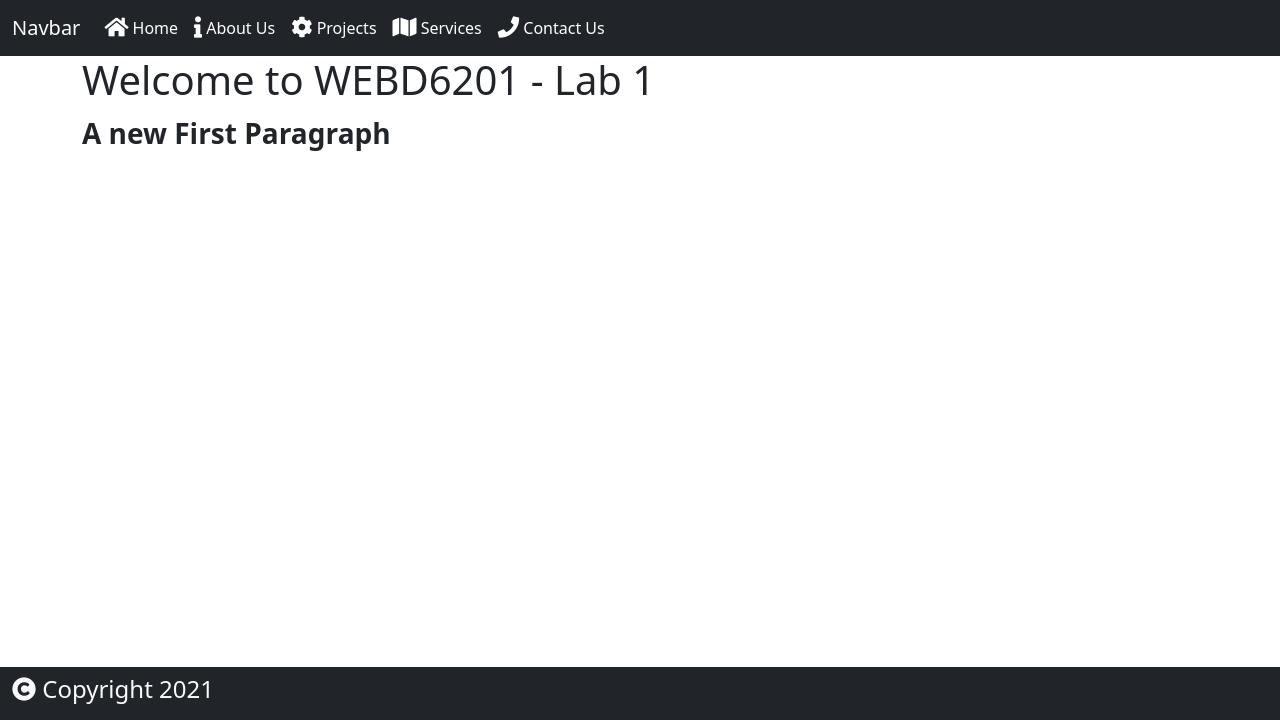
Repository: CKM206/WEBD6201-W2021---ICE1
Page: index.html
The author's editor kept a copy of each file at every save. The page is drawn from the files as they stood at one save, then again after the next save.
The browser window is 1280 px wide. The pictures show the whole page.

Above is the page before, as saved 2021-01-21 08:40:38.

### index.html
<!DOCTYPE html>
<html lang="en">
<head>
    <meta charset="UTF-8">
    <meta name="viewport" content="width=device-width, initial-scale=1.0">
    <title>WEBD6201 - W2021 - ICE 1</title>
    <!-- CSS Section -->
    <!-- Inject Bootstrap first, always-->
    <link rel="stylesheet"
    href="./node_modules/bootstrap/dist/css/bootstrap.min.css">
    <!-- Now inject Icon Fonts using Font Awesome-->
    <link rel="stylesheet"
    href="./node_modules/@fortawesome/fontawesome-free/css/all.min.css">
    <!-- Now inject our custom css-->
    <link rel="stylesheet" href="./Content/app.css">
</head>
<body>

    <header>
        <nav class="navbar navbar-expand-lg navbar-dark bg-dark">
            <div class="container-fluid">
              <a class="navbar-brand" href="#">Navbar</a>
              <button class="navbar-toggler" type="button" data-bs-toggle="collapse" data-bs-target="#navbarSupportedContent" aria-controls="navbarSupportedContent" aria-expanded="false" aria-label="Toggle navigation">
                <span class="navbar-toggler-icon"></span>
              </button>
              <div class="collapse navbar-collapse" id="navbarSupportedContent">
                <ul class="navbar-nav me-auto mb-2 mb-lg-0">
                  <li class="nav-item">
                    <a class="nav-link active" aria-current="page" href="#"><i class="fas fa-home fa-lg"></i> Home</a>
                  </li>
                  <li class="nav-item">
                    <a class="nav-link active" aria-current="page" href="#"><i class="fas fa-info fa-lg"></i> About Us</a>
                  </li>
                  <li class="nav-item">
                    <a class="nav-link active" aria-current="page" href="#"><i class="fas fa-cog fa-lg"></i> Projects</a>
                  </li>
                  <li class="nav-item">
                    <a class="nav-link active" aria-current="page" href="#"><i class="fas fa-map fa-lg"></i> Services</a>
                  </li>
                  <li class="nav-item">
                    <a class="nav-link active" aria-current="page" href="#"><i class="fas fa-phone fa-lg"></i> Contact Us</a>
                  </li>
                </ul>
              </div>
            </div>
          </nav>
    </header>

    <main class="container">
        <h1>Welcome to WEBD-6201</h1>
        <p id="paragraphOne"></p>
    </main>

    <!-- Footer Section -->
    <footer>
        <nav class="navbar fixed-bottom navbar-dark bg-dark">
            <div class="container-fluid">
              <h4 class="text-light"><i class="fas fa-copyright text-light"></i> Copyright 2021</h4>
            </div>
          </nav>
    </footer>

    <!--Script Section-->
    <script src="./node_modules/jquery/dist/jquery.min.js"></script>
    <script src="./node_modules/bootstrap/dist/js/bootstrap.bundle.min.js"></script>
    <script src="./Scripts/app.js"></script>
</body>
</html>

### Content/app.css
/* Custom CSS Here */

### Scripts/app.js
/* Custom Javascript Here */
"use strict";   // Indicate that the code should be executed in "strict mode".

// IIFE - Immediately Invoked Function Expression (Anonymous Self-Executing Function)
//-Acts as a Closure, Limits Scope Leak
(function()
{
    function Start()
    {
        console.log("App Started...");

        // This shows different ways of accessing an element; @see index.html <p> on line 51
        //-Each has its own use and solves different problems
        let paragraphOneText = "This is a simple site to demonstrate DOM Manipulation for ICE 1.";
        let paragraphOneElement = document.getElementById("paragraphOne");

        // let aParagraph = document.getElementsByTagName("p")[0];
        // let allParagraphs = document.getElementsByTagName("p");
        // let paragraphOneQuery = document.querySelector("p");
        // let paragraphOneQuerys = document.querySelectorAll("p");

        // Print each variable to the console, see how each one "points" to the same <p> element
        // console.log(paragraphOneElement);
        // console.log(aParagraph);
        // console.log(allParagraphs[0]);
        // console.log(paragraphOneQuery);
        // console.log(paragraphOneQuerys);

        // Assigning values to the textContent of the element we have a reference to
        paragraphOneElement.textContent = paragraphOneText;

        /* We can change the style as well..
          For the most part its best to use css sheets, but this can be useful when attempting
          dynamic effects on the webpage
        */
        //paragraphOneElement.style = "color: blue;";

        /* We can change the class of an element as well...
        * This is probably a better way of assigning css to elements (As compared to above)
        */
        //paragraphOneElement.className = "fs-4 fw-bold";


        // Injecting a new element
        let newParagraph = document.createElement("p");             // Create the Element
        newParagraph.setAttribute("id","paragraphTwo");             // Configure the Element
        newParagraph.textContent = "...And this is Paragraph two"   //--
        let mainContent = document.getElementsByTagName("main")[0]; // Get a reference to the Main Element
        mainContent.appendChild(newParagraph);                      // Append the new Element as a child of main

        // We can still make alterations to this element
        newParagraph.className = "fs-4 fw-bold";

        // Another way of injecting a new Element through Javascript
        let paragraphThree = '<p class ="fs-6">And this is the Third Paragraph</p>';    // Create the Element

        // Notice that this doesnt work, it is assigned as text verbatim, and erases all other content in main
        //mainContent.textContent = paragraphThree;

        let paragraphDiv = document.createElement('div');
        // Converting and Injecting the paragraph, it still erases all other content
        paragraphDiv.innerHTML = paragraphThree;

       // Insertions
       //-Example of insering before a node
       //newparagraph.before(paragraphDiv);

       // Inserting after a node
       newParagraph.after(paragraphDiv);

       // deletions

       //-Removing a single element
       //paragraphOneElement.remove();

       //-Removing a child element
       mainContent.removeChild(paragraphOneElement);

       // Updating & Modification
       //-Targetted Modifcation
       //mainContent.firstElementChild.textContent = "Welcome Home";


       mainContent.innerHTML =
       '<h1 id="firstHeading">Welcome to WEBD6201 - Lab 1</h1>' +
       '<p id="paragraphOne" class="fs-3 fw-bold">A new First Paragraph</p>';



    }

    window.addEventListener("load", Start);
})();

Loaded but not shown: node_modules/bootstrap/dist/css/bootstrap.min.css (library); node_modules/@fortawesome/fontawesome-free/css/all.min.css (library); node_modules/jquery/dist/jquery.min.js (library); node_modules/bootstrap/dist/js/bootstrap.bundle.min.js (library)

After the next save:
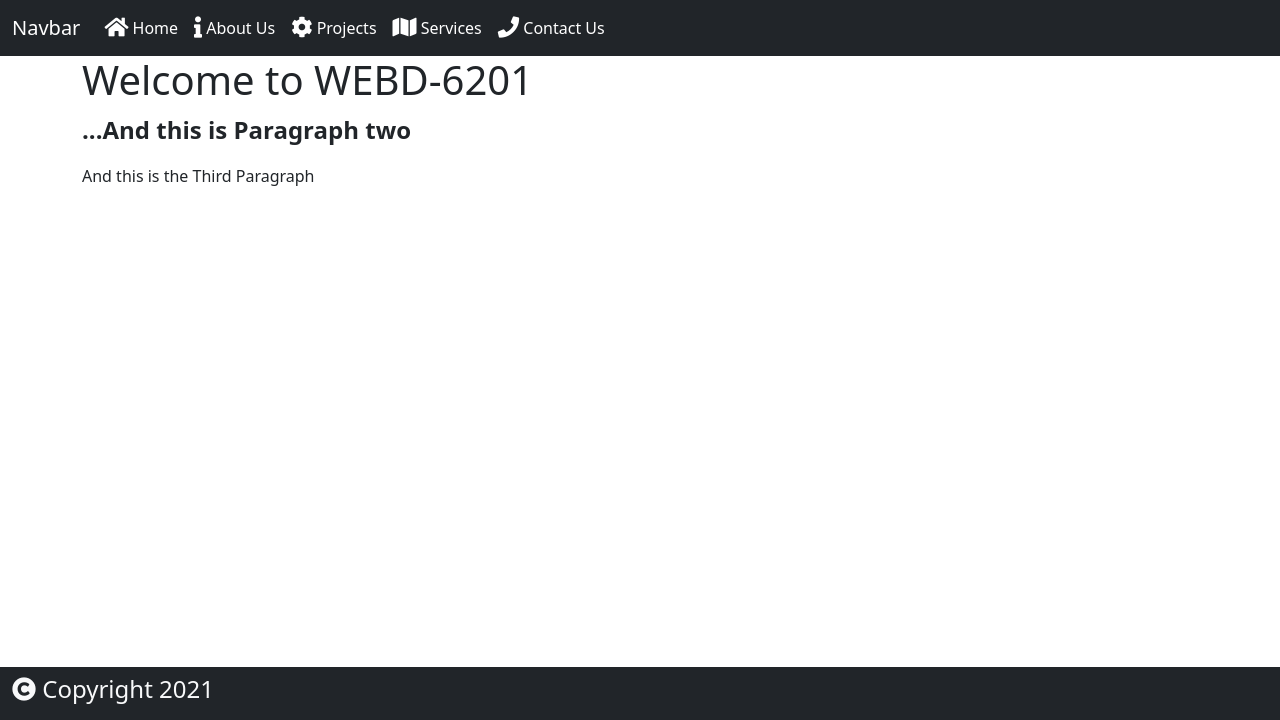
Saved 51 s later.
--- a/Scripts/app.js
+++ b/Scripts/app.js
@@ -80,10 +80,10 @@
        //-Targetted Modifcation
        //mainContent.firstElementChild.textContent = "Welcome Home";
 
-
-       mainContent.innerHTML =
-       '<h1 id="firstHeading">Welcome to WEBD6201 - Lab 1</h1>' +
-       '<p id="paragraphOne" class="fs-3 fw-bold">A new First Paragraph</p>';
+       // Bulk modififying mainContent
+       //mainContent.innerHTML =
+       //'<h1 id="firstHeading">Welcome to WEBD6201 - Lab 1</h1>' +
+       //'<p id="paragraphOne" class="fs-3 fw-bold">A new First Paragraph</p>';
 
 
 
